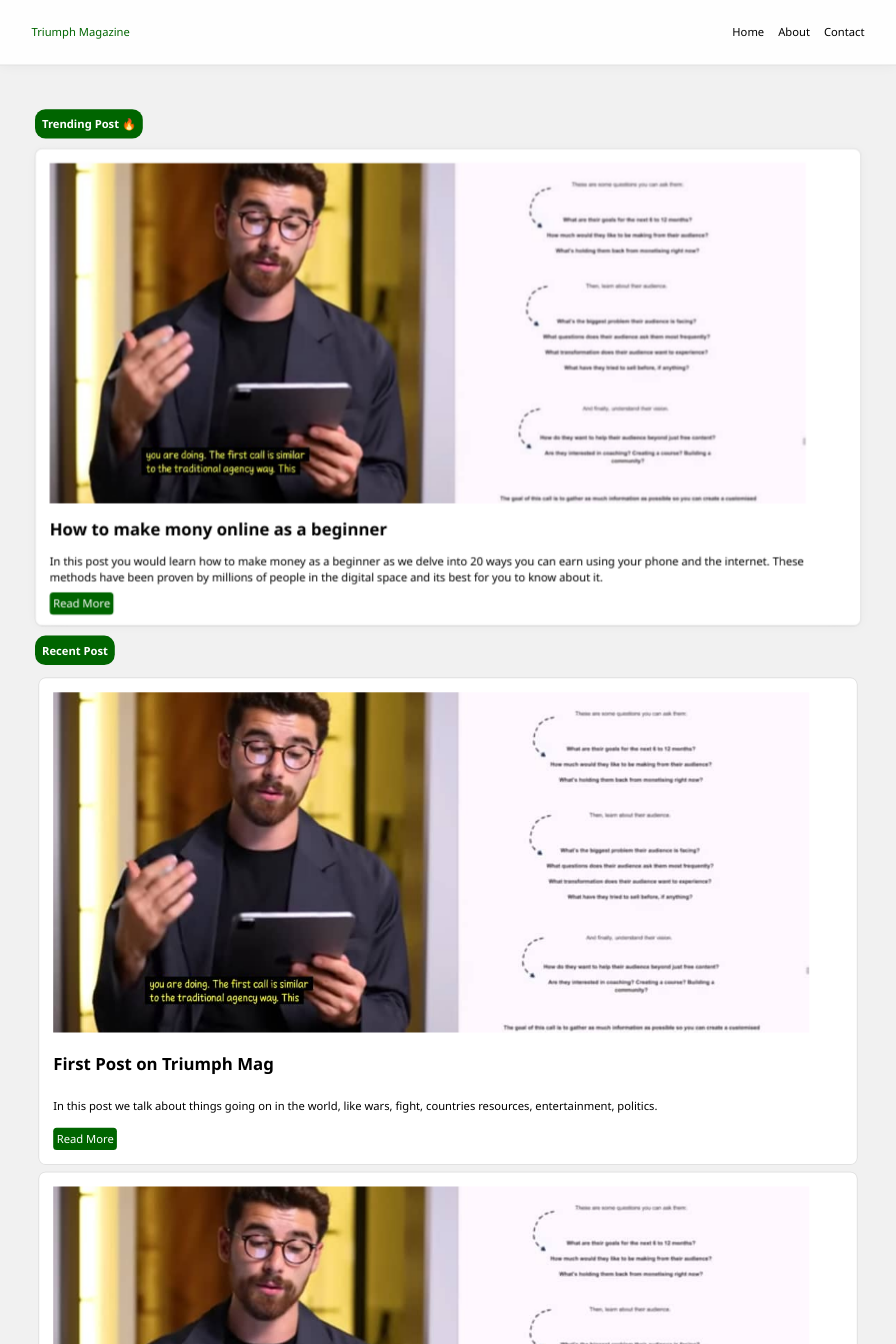
Repository: zikcolle/Triumph-Blog
Page: index.html
These files come from the project's save history. The page is drawn as it stood at one moment and after the next save; the edit follows.
The browser window is 1280 px wide. The pictures show the part of the page from y = 0 to 1920 px (the page is 5505 px tall before and 5565 px after), at 70% of full size.

Above is the page before, as saved 2026-06-22 10:04:14.

### index.html
<!DOCTYPE html>
<html lang="en">

<head>
    <meta charset="UTF-8">
    <meta name="viewport" content="width=device-width, initial-scale=1.0">
    <title>Triumph Magazine</title>
    <link rel="stylesheet" href="styles.css">
</head>

<body>
    <header>
        <nav>
            <div class="logo">Triumph Magazine</div>
            <div class="hamburger" onclick="toggleMenu()">
                <svg width="30" height="30">
                    <line x1="3" y1="5" x2="27" y2="5" stroke="black" stroke-width="3" />
                    <line x1="3" y1="15" x2="27" y2="15" stroke="black" stroke-width="3" />
                    <line x1="3" y1="25" x2="27" y2="25" stroke="black" stroke-width="3" />
                </svg>


            </div>
            <ul id="nav-links">
                <li><a href="#">Home</a></li>
                <li><a href="/about-us">About</a></li>
                <li><a href="/contact-us">Contact</a></li>
            </ul>
        </nav>
    </header>


    <main>
        <section>
            <div>
                <h2 class="label-post">Trending Post 🔥</h2>
            </div>
            <div class="feat-post">
                <img src="simage\postiman.jpeg">
                <h1>How to make mony online as a beginner</h1>
                <p>In this post you would learn how to make money as a beginner as we delve into 20 ways you can earn
                    using your phone and the internet. These methods have been proven by millions of people in the
                    digital space and its best for you to know about it.</p>
                <a href="#" class="read-more">Read More</a>
            </div>
        </section>

        <section>
            <div>
                <h2 class="label-post" id="post-label">Recent Post</h2>
            </div>

            <div class="post-grid">
                <div class="blog-post">
                    <img src="simage\postiman.jpeg">
                    <h1>First Post on Triumph Mag</h1>
                    <p>In this post we talk about things going on in the world, like wars, fight, countries resources,
                        entertainment, politics.</p>
                    <a href="#" class="read-more">Read More</a>
                </div>

                <div class="blog-post">
                    <img src="simage\postiman.jpeg">
                    <h1>Second Post on Triumph Mag</h1>
                    <p>In this post we talk about things going on in the world, like wars, fight, countries resources,
                        entertainment, politics.</p>
                    <a href="#" class="read-more">Read More</a>
                </div>

                <div class="blog-post">
                    <img src="simage\postiman.jpeg">
                    <h1>Third Post on Triumph Mag</h1>
                    <p>In this post we talk about things going on in the world, like wars, fight, countries resources,
                        entertainment, politics.</p>
                    <a href="#" class="read-more">Read More</a>
                </div>

                <div class="blog-post">
                    <img src="simage\postiman.jpeg">
                    <h1>Fourth Post on Triumph Mag</h1>
                    <p>In this post we talk about things going on in the world, like wars, fight, countries resources,
                        entertainment, politics.</p>
                    <a href="#" class="read-more">Read More</a>
                </div>

                <div class="blog-post">
                    <img src="simage\postiman.jpeg">
                    <h1>Fifth Post on Triumph Mag</h1>
                    <p>In this post we talk about things going on in the world, like wars, fight, countries resources,
                        entertainment, politics.</p>
                    <a href="#" class="read-more">Read More</a>
                </div>

                <div class="blog-post">
                    <img src="simage\postiman.jpeg">
                    <h1>Sixth Post on Triumph Mag</h1>
                    <p>In this post we talk about things going on in the world, like wars, fight, countries resources,
                        entertainment, politics.</p>
                    <a href="#" class="read-more">Read More</a>
                </div>

            </div>
        </section>
        <a href="/blog" class="view-more">View More Posts</a>
        <section>
            <h2 class="label-post">Related Posts</h2>
            <div class="rel-post">
                <img src="simage\postiman.jpeg">
                <p><a href="/blog">Sixth Post on Triumph Mag</a></p>
            </div>
        </section>
    </main>

    <footer>
        <h2>Triumph Magazine</h2>
        <p>© 2026 Triumph Magazine. All rights reserved.</p>
    </footer>

</body>

</html>

<script>
    function toggleMenu() {
        document.getElementById('nav-links').classList.toggle('active');
    }
</script>

### styles.css
body {
    background-color: rgb(241, 241, 241);
    color: rgb(0, 0, 0);
    font-family:'Segoe UI', Tahoma, Geneva, Verdana, sans-serif;
    padding: 0;
    margin: 0;

}

header {
    background-color: rgba(255,255,255,0.92);
    padding: 10px 20px;
    border-bottom: 1px solid rgba(0, 0, 0, 0.108);
    backdrop-filter: blur(20px) saturate(180%);
    -webkit-backdrop-filter: blur(20px) saturate(180%);
    box-shadow: 0 1px 0 rgba(0,0,0,0.04), 0 2px 16px rgba(0,0,0,0.04);
    color: rgb(0, 101, 0);
    width: 100%;
    box-sizing: border-box;
}

nav {
    display: flex;
    justify-content: space-between;
    align-items: center;
    padding: 25px;
}

nav ul {
    list-style: none;
    display: flex;
    gap: 20px;
    margin: 0;
    padding: 0;
}

nav ul li a {
    text-decoration: none;
    color: rgb(0, 0, 0);
}

nav a:hover {
    color: rgb(0, 101, 0);
    text-decoration: underline;
}

.hamburger {
    display: none;
    font-size: 24px;
}

@media (max-width: 768px) {
    nav ul {
        display: none;
        flex-direction: column;
        position: absolute;
        top: 60px;
        right: 0;
        background: rgb(255, 255, 255);
        width: 100%;
        text-align: center;
        padding: 20px;
        box-shadow: 0 2px 5px rgba(0, 0, 0, 0.1);
        z-index: 1000;
    }

    nav ul.active {
        display: flex !important;
    }

    nav ul li {
        margin: 10px 0;
    }

    .hamburger {
        display: block;
        cursor: pointer;
    }
}

main {
    padding: 50px;
}

img, svg, video, canvas, iframe {
  max-width: 100%;
  height: auto;
  display: block;
}

.label-post {
    background-color: rgb(0, 101, 0);
    color: rgb(255, 255, 255);
    max-width: fit-content;
    padding: 10px;
    border-radius: 15px;
    font-size: 1rem;
}

.feat-post {
    background-color: rgb(255, 255, 255);
    border: 1px solid rgba(0, 0, 0, 0.129);
    max-width: 100%;
    height: auto;
    align-items: center;
    display: block;
    border-radius: 10px;
    backdrop-filter: blur(20px) saturate(180%);
    -webkit-backdrop-filter: blur(20px) saturate(180%);
    box-shadow: 0 1px 0 rgba(0,0,0,0.04), 0 2px 16px rgba(0,0,0,0.04);
    padding: 20px;
    image-rendering: auto;
    justify-content: center;
}

.read-more {
    background-color: rgb(0, 101, 0);
    color: rgb(255, 255, 255);
    text-decoration: none;
    max-width: fit-content;
    padding: 5px;
    border-radius: 5px;
}

.post-grid {
    display: grid;
    grid-template-columns: repeat(auto-fit, minmax(600px, 1fr));
}

.blog-post {
    background-color: rgb(255, 255, 255);
    border: 1px solid rgba(0, 0, 0, 0.129);
    border-radius: 10px;
    padding: 20px;
    margin: 5px;
    line-height: 2;
}

.view-more {
    background-color: rgb(0, 101, 0);
    color: rgb(255, 255, 255);
    text-decoration: none;
    padding: 20px;
    margin: 10px;
    padding-top: 0;
    padding-bottom: 0;
}

.rel-post {
   display: flex;
   align-items: center;
   gap: 20px;
}

/*.rel-post img {
    max-width: 300px;
    height: auto;
    aspect-ratio: 16 / 9;
}*/

.rel-post img {
    width: 100px;
    aspect-ratio: 16 / 9;
    object-fit: cover;
}

After the next save:
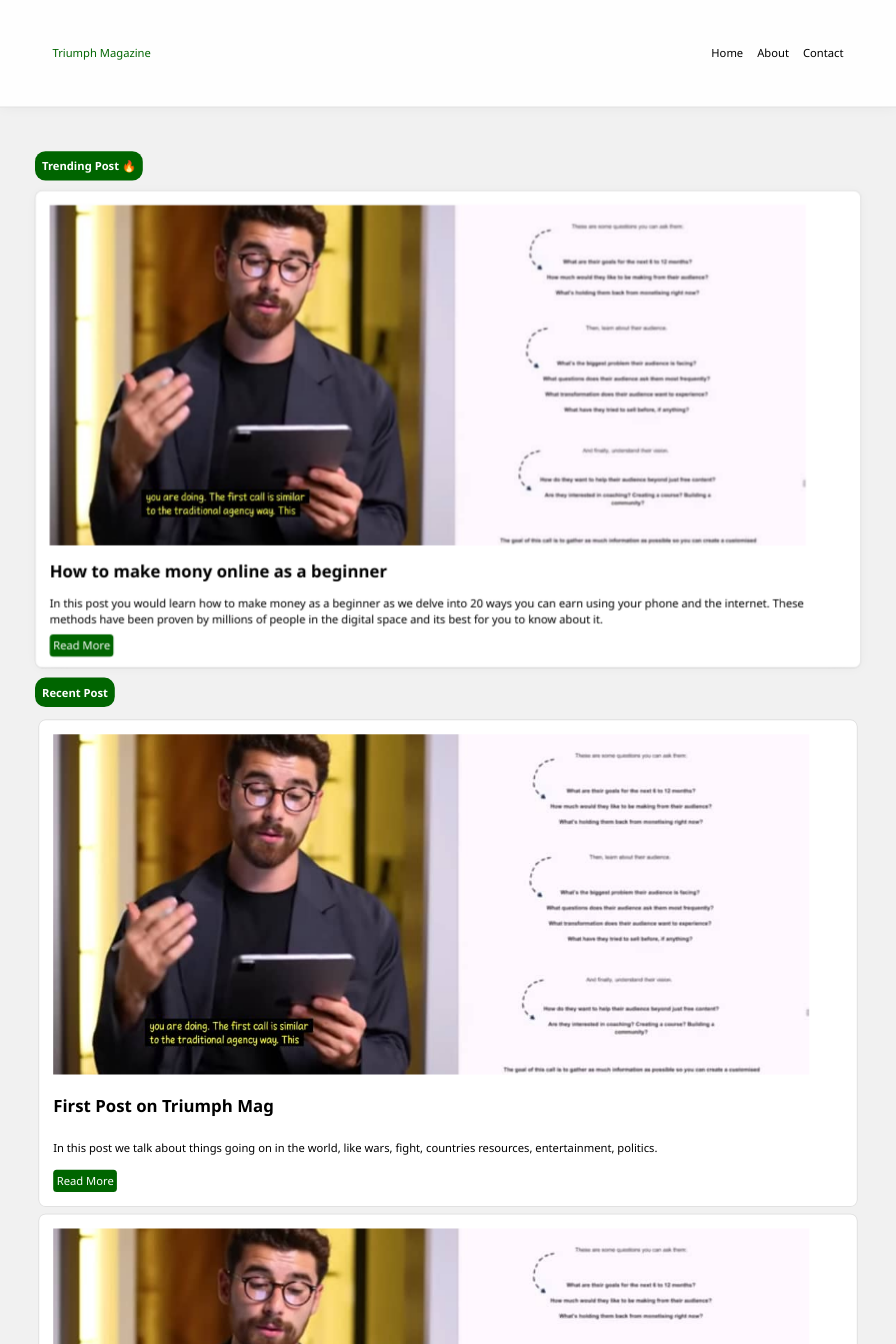
Saved 9 s later.
--- a/styles.css
+++ b/styles.css
@@ -23,7 +23,7 @@ nav {
     display: flex;
     justify-content: space-between;
     align-items: center;
-    padding: 25px;
+    padding: 55px;
 }
 
 nav ul {
